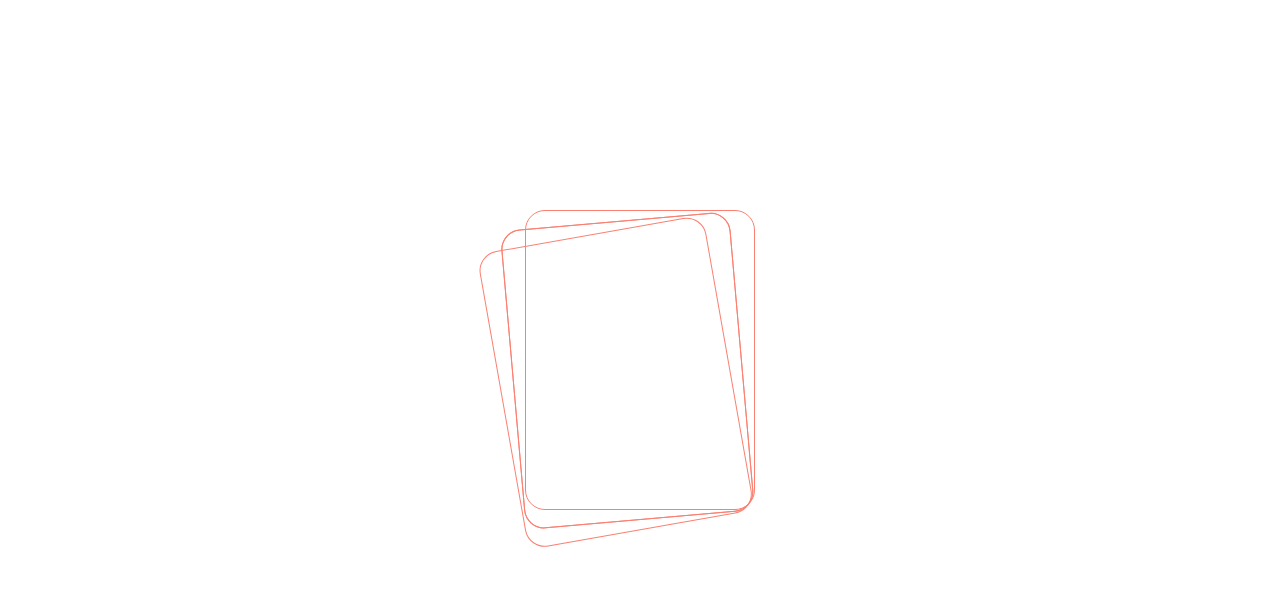
Repository: Chiranshukapil/html_css
Page: cards/index.html
An editor plug-in stored every save of this project. The page is shown before and after the next save, followed by the edit.
The browser window is 1280 px wide. The pictures show the whole page.

Above is the page before, as saved 2024-06-08 23:41:26.

### cards/index.html
<!DOCTYPE html>
<html lang="en">
    <head>
        <meta charset="UTF-8">
        <meta name="viewport" content="width=device-width, initial-scale=1.0">
        <title>Pokemon Cards</title>
        <link rel="stylesheet" href="style.css">
    </head>
    <body>
        <div id="main">
            <div id="card1" class="card"></div>
            <div id="card2" class="card"></div>
            <div id="card3" class="card"></div>
            <div id="card4" class="card"></div>

        </div>
    </body>
</html>

### cards/style.css
*{
    margin: 0%;
    padding: 0%;
    box-sizing: border-box;
}

html,body{
    height: 100%;
    width: 100%;

}

#main{
    width: 100%;
    height: 100%;
    /* display: flex;
    align-items: center;
    justify-content: center; */
}

.card{
    position: absolute;
    top: 50%;
    left: 50%;
    transform: translate(-50%,-50%);
    height: 300px;
    width: 230px;
    border: 1px solid salmon;
    border-radius: 20px;

}

#card1{

}
#card2{
    rotate: -5deg;
}
#card3{
    rotate: -10deg;
}
#card4{
    rotate: -5deg;
}

After the next save:
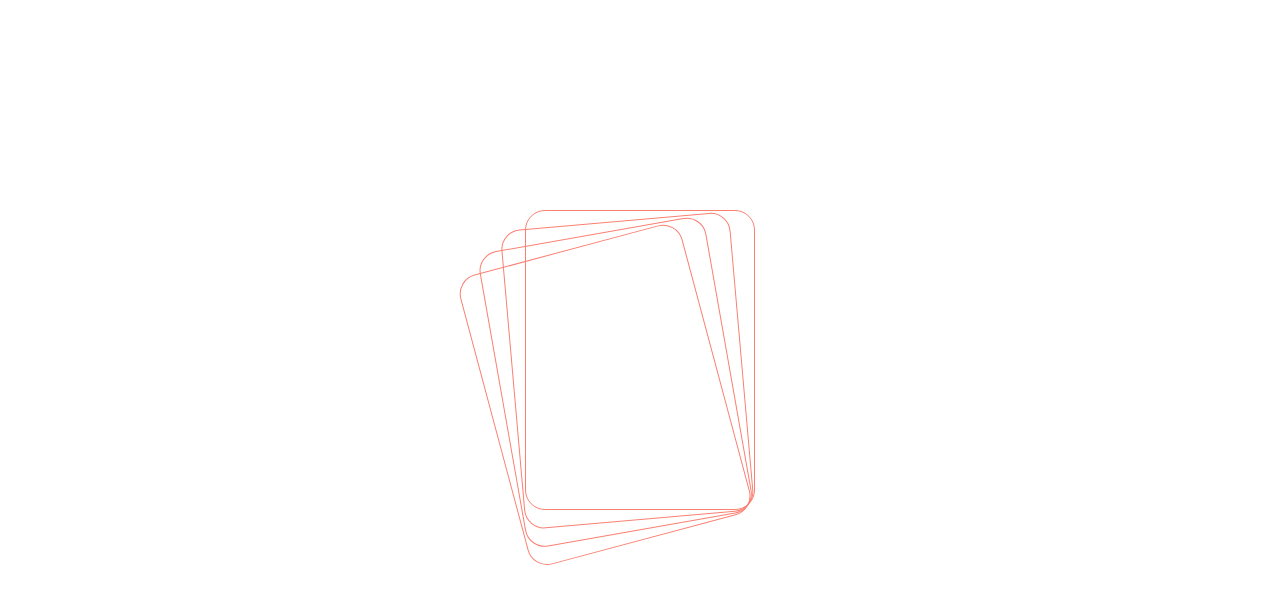
Saved 4 s later.
--- a/cards/style.css
+++ b/cards/style.css
@@ -40,5 +40,5 @@ html,body{
     rotate: -10deg;
 }
 #card4{
-    rotate: -5deg;
+    rotate: -15deg;
 }
